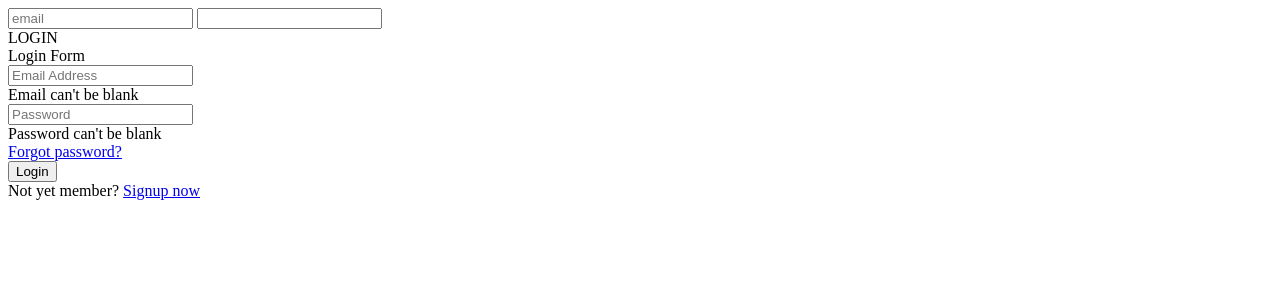
Repository: anjandash/authpass
Page: login.html
An editor plug-in stored every save of this project. The page is shown before and after the next save, followed by the edit.
The browser window is 1280 px wide. The pictures show the whole page.

Above is the page before, as saved 2021-11-13 09:28:45.
Console error: TypeError: Cannot read properties of null (reading 'addEventListener')

### login.html
<!DOCTYPE html>
<html lang="en">
<head>
    <meta charset="UTF-8">
    <meta http-equiv="X-UA-Compatible" content="IE=edge">
    <meta name="viewport" content="width=device-width, initial-scale=1.0">
    <title>Authpass Login</title>
</head>
<body>
    <div class="wrapper">
        <div class="login">
            <input type="text" name="email" placeholder="email">
            <input type="password" name="password">
            <div class=login-button>LOGIN</div>

        </div>
    </div>

    <div class="wrapper">
        <header>Login Form</header>
        <form action="#">
          <div class="field email">
            <div class="input-area">
              <input type="text" placeholder="Email Address">
              <i class="icon fas fa-envelope"></i>
              <i class="error error-icon fas fa-exclamation-circle"></i>
            </div>
            <div class="error error-txt">Email can't be blank</div>
          </div>
          <div class="field password">
            <div class="input-area">
              <input type="password" placeholder="Password">
              <i class="icon fas fa-lock"></i>
              <i class="error error-icon fas fa-exclamation-circle"></i>
            </div>
            <div class="error error-txt">Password can't be blank</div>
          </div>
          <div class="pass-txt"><a href="#">Forgot password?</a></div>
          <input type="submit" value="Login">
        </form>
        <div class="sign-txt">Not yet member? <a href="#">Signup now</a></div>
      </div>
      <script src="script.js"></script>

</body>
</html>

### script.js
const button = document.getElementById("getDetails");
const details = document.getElementById("details");

function isWebBluetoothEnabled() {
    document.getElementById('bluetoothState').innerText = 'Testing ...'
    if (!navigator.bluetooth) {
        console.log('Web Bluetooth API is not available in this browser!')
        document.getElementById('bluetoothState').innerText = 'Not available'
        return false
    }
    document.getElementById('bluetoothState').innerText = 'Available'
    return true
}

button.addEventListener("click", async () => {
  try {

    // Declaring the service we want
    authpass_service_uuid = "EABC4F75-8967-4234-A483-9660A8F32AB1".toLowerCase()

    // Request the Bluetooth device through browser
    const device = await navigator.bluetooth.requestDevice({
      optionalServices: [authpass_service_uuid],
      acceptAllDevices: true,
    });

    // // Connect to the GATT server
    // // We also get the name of the Bluetooth device here
    let deviceId = device.gatt.device.id;
    let deviceName = device.gatt.device.name;

    const server = await device.gatt.connect();
    let connStatus = device.gatt.device.gatt.connected;

    serviceUuid = authpass_service_uuid
    const service = await server.getPrimaryService(serviceUuid);
    const characteristics = await service.getCharacteristics();

    console.log('> Device Id: ' + deviceId)
    console.log('> Device Name: ' + deviceName)
    console.log('> Connection Status: ' + connStatus)
    console.log('> Characteristics: ' + characteristics.map(c => c.uuid).join('\n' + ' '.repeat(19)));



    // // Getting the services we mentioned before through GATT server
    // const batteryService = await server.getPrimaryService("battery_service");
    // const infoService = await server.getPrimaryService("device_information");

    // // Getting the current battery level
    // const batteryLevelCharacteristic = await batteryService.getCharacteristic(
    //   "battery_level"
    // );
    // // Convert recieved buffer to number
    // const batteryLevel = await batteryLevelCharacteristic.readValue();
    // const batteryPercent = await batteryLevel.getUint8(0);

    // // Getting device information
    // // We will get all characteristics from device_information
    // const infoCharacteristics = await infoService.getCharacteristics();

    // console.log(infoCharacteristics);

    // let infoValues = [];

    // const promise = new Promise((resolve, reject) => {
    //   infoCharacteristics.forEach(async (characteristic, index, array) => {
    //     // Returns a buffer
    //     const value = await characteristic.readValue();
    //     console.log(new TextDecoder().decode(value));
    //     // Convert the buffer to string
    //     infoValues.push(new TextDecoder().decode(value));
    //     if (index === array.length - 1) resolve();
    //   });
    // });

    // promise.then(() => {
    //   console.log(infoValues);
    //   // Display all the information on the screen
    //   // use innerHTML
    //   details.innerHTML = `
    //   Device Name - ${deviceName}<br />
    //   Battery Level - ${batteryPercent}%<br />
    //   Device Information:
    //   <ul>
    //     ${infoValues.map((value) => `<li>${value}</li>`).join("")}
    //   </ul>
    // `;
    // });
  } catch (err) {
    console.log(err);
    alert("An error occured while fetching device details");
  }
});

After the next save:
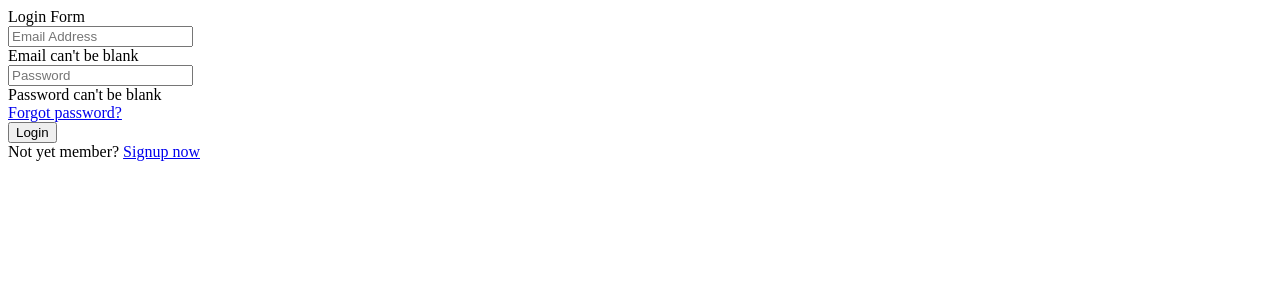
Saved 11 s later.
--- a/login.html
+++ b/login.html
@@ -7,14 +7,6 @@
     <title>Authpass Login</title>
 </head>
 <body>
-    <div class="wrapper">
-        <div class="login">
-            <input type="text" name="email" placeholder="email">
-            <input type="password" name="password">
-            <div class=login-button>LOGIN</div>
-
-        </div>
-    </div>
 
     <div class="wrapper">
         <header>Login Form</header>
